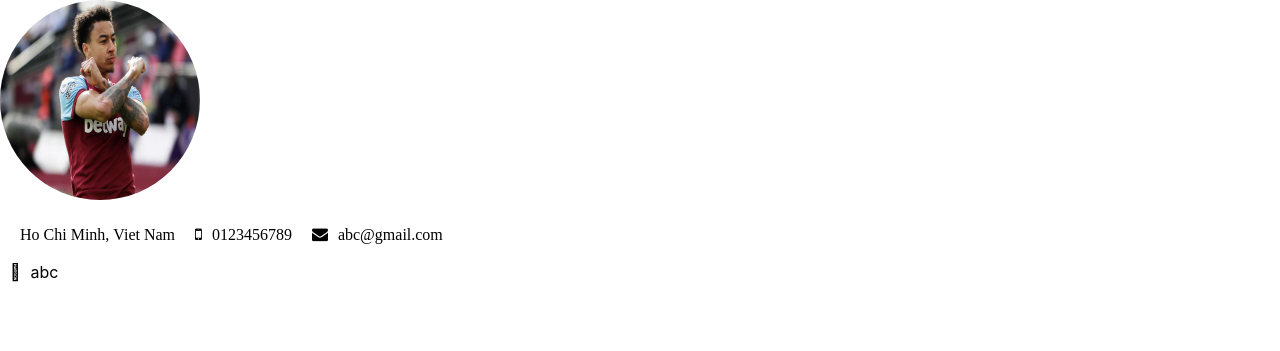
Repository: khoibanh113/mycv
Page: /
The author's editor kept a copy of each file at every save. The page is drawn from the files as they stood at one save, then again after the next save.
The browser window is 1280 px wide. The pictures show the whole page.
The project was rebuilt for these pictures with package versions that can differ from the ones it lists, and the page was loaded fresh each time.

Above is the page before, as saved 2021-03-30 13:50:45.

### src/App.js
import React,{Component} from 'react'
import Avatar from './component/avatar'
import AvaImg from './image/avatar.jpg'
import Contact from './component/contact'

class App extends Component {
  render(){
    return (
      <div className="App">
        <Avatar img={AvaImg} />
        <Contact
          name='Nguyen Vo Hoang Khoi'
          location='Ho Chi Minh, Viet Nam'
          phone='0123456789'
          email='abc@gmail.com'
          linkedin='abc'
        />
      </div>
    );
  }
}

export default App;

### src/component/avatar.js
import React from 'react'
import '../css/avatar.css'

class avatar extends React.Component {
    constructor(props){
        super(props);
        this.image = props.img;
    }

  render(){
    return (
        <div className="avaContainer">
          <img src={this.image} alt="this is your avatar" />
        </div>
    );
  }
}

export default avatar;

### src/component/contact.js
import react, {Component} from 'react'
import '../../node_modules/font-awesome/css/font-awesome.min.css';
import '../css/contact.css'

class contact extends Component{
    constructor(props){
        super(props);
        this.location = props.location;
        this.phone = props.phone;
        this.email = props.email;
        this.linkedin = props.linkedin;
    }



    render(){
        return(
            <div className="container-contact">
                <ul className="address-line">
                    <li className="fa fa-map-marker-alt">
                        <span>{this.location}</span>
                    </li>
                    <li className="fa fa-mobile" >
                        <span>{this.phone}</span>
                    </li>
                    <li className="fa fa-envelope">
                        <span>{this.email}</span>
                    </li>
                    <li className="fa-phone">
                        <span>{this.linkedin}</span>
                    </li>
                </ul>
            </div>

        )
    }
}

export default contact;

### src/css/avatar.css

.avaContainer img {
    height: 100%;
    width: 100%;
    border-radius: 100px;
}
.avaContainer{
    height: 200px;
    width: 200px;

}

.nameContainer{
    text-align: center;
}

### src/css/contact.css
.address-line{
    padding-left: 0px;
}
.address-line li {
    list-style: none;
    margin: 10px 10px;
}
.address-line li span{
    margin-left: 10px;
}

.fa {
    size: 30px
}

Loaded but not shown: public/index.html (common file); src/index.js (common file); src/index.css (common file); src/reportWebVitals.js (common file)

After the next save:
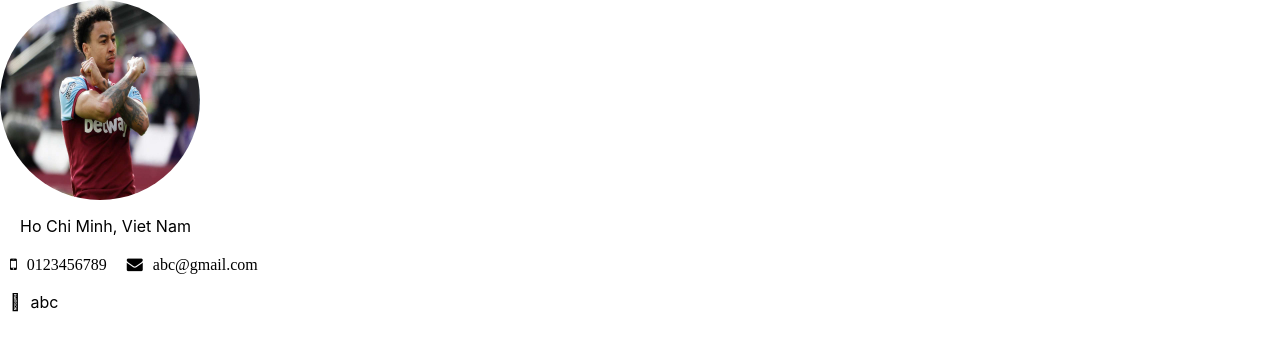
Saved 11 s later.
--- a/src/component/contact.js
+++ b/src/component/contact.js
@@ -17,7 +17,7 @@
         return(
             <div className="container-contact">
                 <ul className="address-line">
-                    <li className="fa fa-map-marker-alt">
+                    <li className="fas fa-map-marker-alt">
                         <span>{this.location}</span>
                     </li>
                     <li className="fa fa-mobile" >

After the save that followed:
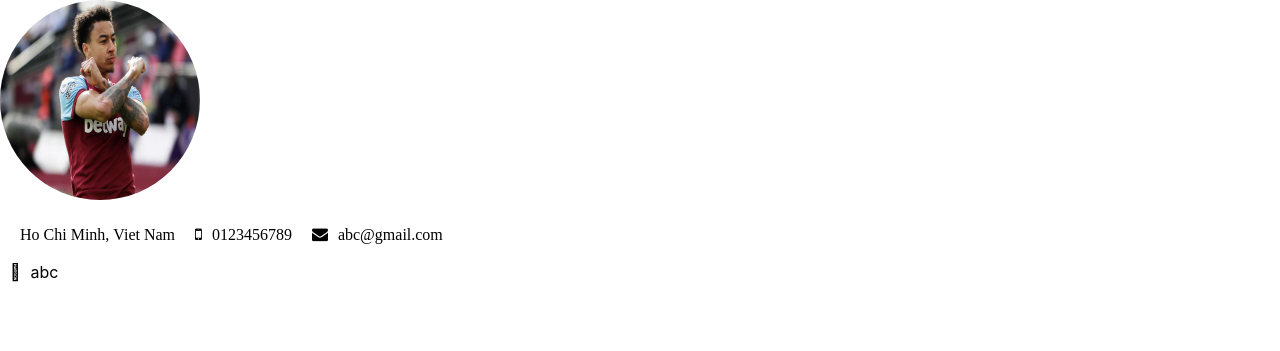
Saved 9 s later.
--- a/src/component/contact.js
+++ b/src/component/contact.js
@@ -17,7 +17,7 @@
         return(
             <div className="container-contact">
                 <ul className="address-line">
-                    <li className="fas fa-map-marker-alt">
+                    <li className="fa fa-map-marker-alt">
                         <span>{this.location}</span>
                     </li>
                     <li className="fa fa-mobile" >
